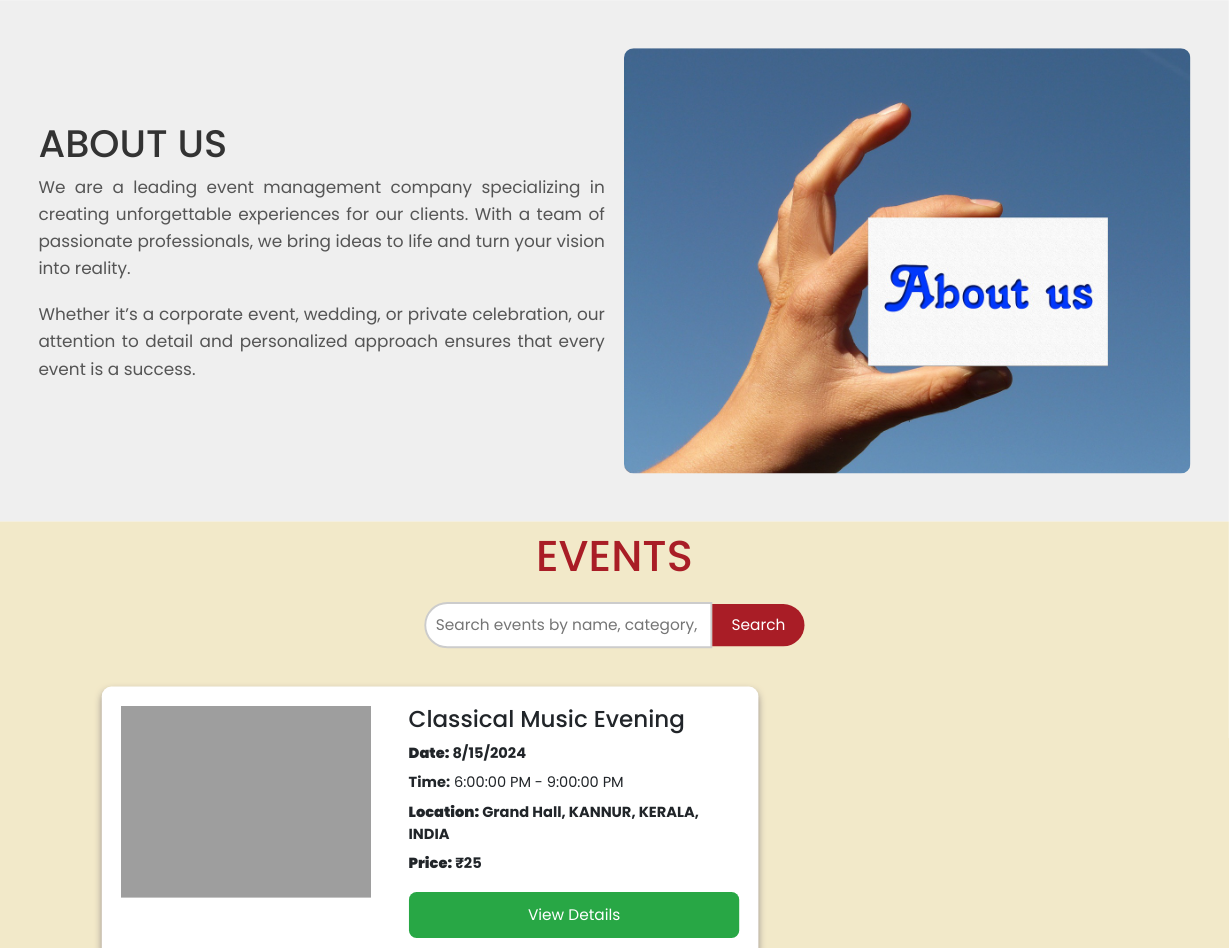
Repository: SharonSebastian32/Event-Management-System-
Page: index.html
The author's editor kept a copy of each file at every save. The page is drawn from the files as they stood at one save, then again after a run of saves.
The browser window is 1280 px wide. The pictures show the part of the page from y = 820 to 1807 px (the page is 6099 px tall before and 6089 px after), at 96% of full size.
Pictures or frames that could not be fetched are drawn as grey boxes. A picture or video elsewhere on the page could not be fetched, so the positions and the page height are approximate. Some web libraries are served in a nearby version.

Above is the page before, as saved 2024-09-06 14:04:44.
Not found: assets/css/ContactUs.css

### index.html
<!DOCTYPE html>
<html lang="en">
  <head>
    <meta charset="UTF-8" />
    <meta name="viewport" content="width=device-width, initial-scale=1.0" />
    <link rel="icon" type="image/x-icon" href="./Assets/images/aa.png" />
    <title>Star Events</title>
    <link
      rel="stylesheet"
      href="https://cdnjs.cloudflare.com/ajax/libs/font-awesome/5.15.4/css/all.min.css"
    />
    <link rel="stylesheet" href="./Css/Styles.css" />

    <!-- conatct us  style -->
    <link rel="stylesheet" href="/assets/css/ContactUs.css" />
    <link
      href="https://cdn.jsdelivr.net/npm/bootstrap@5.3.0/dist/css/bootstrap.min.css"
      rel="stylesheet"
    />

    <!-- footer link  style   -->
    <link
      rel="stylesheet"
      href="https://cdnjs.cloudflare.com/ajax/libs/font-awesome/6.6.0/css/all.min.css"
      integrity="sha512-Kc323vGBEqzTmouAECnVceyQqyqdsSiqLQISBL29aUW4U/M7pSPA/gEUZQqv1cwx4OnYxTxve5UMg5GT6L4JJg=="
      crossorigin="anonymous"
      referrerpolicy="no-referrer"
    />
    <link href="https://cdn.jsdelivr.net/npm/bootstrap@5.3.0/dist/css/bootstrap.min.css" rel="stylesheet" />
  </head>
  <body>
    <!-- hero section start -->
    <nav>
      <div class="nav-container">
        <div class="logo">
          <a href="#home">
            <img src="./Assets/images/aa.png" alt="Event Management Logo" />
          </a>
        </div>
        <ul class="nav-links">
          <li><a href="#home">HOME</a></li>
          <li><a href="#about">ABOUT US</a></li>
          <li><a href="#events-sect">EVENTS</a></li>
          <li><a href="#services">SERVICES</a></li>
          <li><a href="#partners us">PARTNERS US</a></li>
          <li><a href="#gallery">GALLERY</a></li>
          <li><a href="#contact-us">CONTACT US</a></li>
        </ul>
        <div class="sign-in">
          <a href="#login">SIGN IN</a>
        </div>
      </div>
    </nav>

    <!-- Section for Event Management Video -->
    <section class="video-section">
      <video autoplay muted loop>
        <source src="./Assets/videos/aa.mp4" type="video/mp4" />
        Your browser does not support the video tag.
      </video>
    </section>

    <!-- hero section end -->

    <!-- about us section  start-->
    <section id="about" class="about-us-section">
      <div class="about-container">
        <div class="about-text">
          <h2>ABOUT US</h2>
          <p>
            We are a leading event management company specializing in creating
            unforgettable experiences for our clients. With a team of passionate
            professionals, we bring ideas to life and turn your vision into
            reality.
          </p>
          <p>
            Whether it’s a corporate event, wedding, or private celebration, our
            attention to detail and personalized approach ensures that every
            event is a success.
          </p>
        </div>
        <div class="about-image">
          <img src="./Assets/images/about-us.jpg" alt="About Us" />
        </div>
      </div>
    </section>
    <!-- about us section  ends-->

    <!-- events section start -->

    <section id="events-sect" style="background-color: #f2e9c9">
      <center>
        <h1
          style="font-size: 45px; color: #a91d26; padding-top: 10px"
          data-aos="zoom-in"
        >
          EVENTS
        </h1>
        <form class="search-form" data-aos="flip-down">
          <input
            type="text"
            name="search"
            id="search"
            placeholder="Search events by name, category, price"
            data-aos="flip-down"
          />
          <button type="submit">Search</button>
        </form>
      </center>
      <div class="event-container" id="event-container">
        <!-- Event cards will be injected here by JavaScript -->
      </div>

      <div id="event-modal" class="modal">
        <div class="modal-content">
          <span class="close">&times;</span>
          <h2>Event Details</h2>
          <p id="event-description">Details will be displayed here.</p>
          <br />
          <a
            href="https://sharonsebastian32.github.io/razorpaypaymentgateway_implementation/"
            target="_blank"
          >
            <button class="view-details-btn">Register Now</button>
          </a>
        </div>
      </div>


    </section>

    <!-- events section end -->

    <!-- partner with us  start-->
    <div class="container-fluid our_partner">
      <center>
        <h2  >OUR-PARTNERS</h2>
        <h6>Brands That Trust Us</h6>
       </center>
            <div class="row partners">
                <div class="partner_section">

                    <div class="col-md-3 card_section">
                        <div class="partner_card">
                            <img src="./Assets/images/partner1.jpg" alt="OurPartner" />
                        </div>
                    </div>
                    <div class="col-md-3 card_section">
                        <div class="partner_card">
                            <img src="./Assets/images/partner2.jpg" alt="OurPartner" />
                        </div>
                    </div>
                    <div class="col-md-3 card_section">
                        <div class="partner_card">
                            <img src="./Assets/images/partner3.jpg" alt="OurPartner" />
                        </div>
                    </div>
                    <div class="col-md-3 card_section">
                        <div class="partner_card">
                            <img src="./Assets/images/partner4.jpg" alt="OurPartner" />
                        </div>
                    </div>

                </div>
            </div>
        </div>
        </div>


    <!-- partner with us  start-->

    <!-- conatct us section -->
    <div class="container-fluid contact_us" id="contact-us">
      <h2>CONTACT-US</h2>
      <h6>Our team of customer care is ready to hear from you.</h6>

      <div class="row main_section">
        <div class="col-md-6 section1">
          <h3>Customer Care</h3>
          <p>
            Not sure where to start? Need help adding that extra mojo to your
            landing page? Just visit our
            <span>hepl center</span> or get in touch with us:
          </p>
          <div class="customer_care">
            <div class="customer_care_profile">
              <div class="profile_img">
                <img src="./Assets/images/men.jpg" alt="customer_care" />
              </div>
              <div class="profile_details">
                <h5>John</h5>
                <h6>Customer Care Lead</h6>
                <p>+91 7484930837</p>
              </div>
            </div>
            <div class="customer_care_profile">
              <div class="profile_img">
                <img src="./Assets/images/women.jpg" alt="customer_care" />
              </div>
              <div class="profile_details">
                <h5>Elizabeth</h5>
                <h6>Customer Care</h6>
                <p>+91 748493083758</p>
              </div>
            </div>
          </div>
        </div>
        <div class="col-md-6 section2">
          <h3>Reach out of us!</h3>
          <p>
            Got a question about us? Are you intereseted in partnering with us?
            Have some suggestions or just want to say Hi? Contact Us:
          </p>
          <form action="">
            <input
              class="form-control"
              type="text"
              name="first_name"
              placeholder="First Name"
              required
            />
            <input
              class="form-control"
              type="text"
              name="last_name"
              placeholder="Last Name"
              required
            />
            <input
              class="form-control"
              type="email"
              name="email"
              placeholder="E-mail"
              required
            />
            <input
              class="form-control"
              type="tel"
              name="phone"
              placeholder="Phone Number"
              required
            />
            <textarea
              class="form-control"
              name="message"
              id=""
              rows="4"
              placeholder="Message"
            ></textarea>
            <button class="btn">SUBMIT</button>
          </form>
        </div>
      </div>
    </div>
    <!-- contact us section -->

    <!-- footer section start -->
    <footer>
      <div class="container">
        <div class="row">
          <div class="col-md-3 footer-col">
            <h4>Star Events</h4>
            <p>
              Star Events is the number one event conducting company in Kerala.
              We are conducting many types of events all over the state since 15
              years and created 5000 above satisfied customers. Celebrate your
              moments with star events.
            </p>
          </div>

          <div class="col-md-3 footer-col">
            <h4>Links</h4>
            <ul>
              <li><a href="">Home</a></li>
              <li><a href="">About Us</a></li>
              <li><a href="">Events</a></li>
              <li><a href="">Services</a></li>
              <li><a href="">Partner Us</a></li>
              <li><a href="">Gallery</a></li>
              <li><a href="">Contact Us</a></li>
            </ul>
          </div>

          <div class="col-md-3 footer-col">
            <h4>Our Services</h4>
            <ul>
              <li>Event Booking</li>
              <li>Anchoring</li>
              <li>Catering</li>
              <li>Advertising</li>
              <li>Marketing</li>
            </ul>
          </div>

          <div class="col-md-3 footer-col">
            <h4>Your Feedback</h4>
            <form action="">
              <input
                type="text"
                placeholder="Enter your name"
                class="inputname"
              />
              <input
                type="email"
                placeholder="Enter your email id"
                class="inputemail"
              />
              <input
                type="text"
                placeholder="Write your feedback or suggestions"
                class="inputfs"
              />
              <input type="submit" value="SUBMIT" class="inputSubmit" />
            </form>
          </div>
        </div>
        <hr />
        <div class="row">
          <div class="col-md-6">
            <p>&#169; 2024 <b>Star Events</b>. All Rights Reserved</p>
          </div>

          <div class="col-md-6 text-md-end socialIcons">
            <a href=""><i class="fab fa-facebook"></i></a>
            <a href=""><i class="fab fa-instagram"></i></a>
            <a href=""><i class="fab fa-twitter"></i></a>
            <a href=""><i class="fab fa-youtube"></i></a>
            <a href=""><i class="fab fa-whatsapp"></i></a>
          </div>
        </div>
      </div>
    </footer>



    <!-- footer setcion section end -->

    <script src="./Js/Scripts.js"></script>


    <!-- our partners -->
      <script src="https://cdn.jsdelivr.net/npm/bootstrap@5.3.0/dist/js/bootstrap.bundle.min.js"></script>
    <script src="https://cdn.jsdelivr.net/npm/bootstrap@5.3.0/dist/js/bootstrap.bundle.min.js"></script>
  </body>
</html>

Loaded but not shown: json/events.json (837 lines, source omitted); Js/Scripts.js (59 lines, source omitted); Css/Styles.css (711 lines, source omitted)

After the next 2 saves:
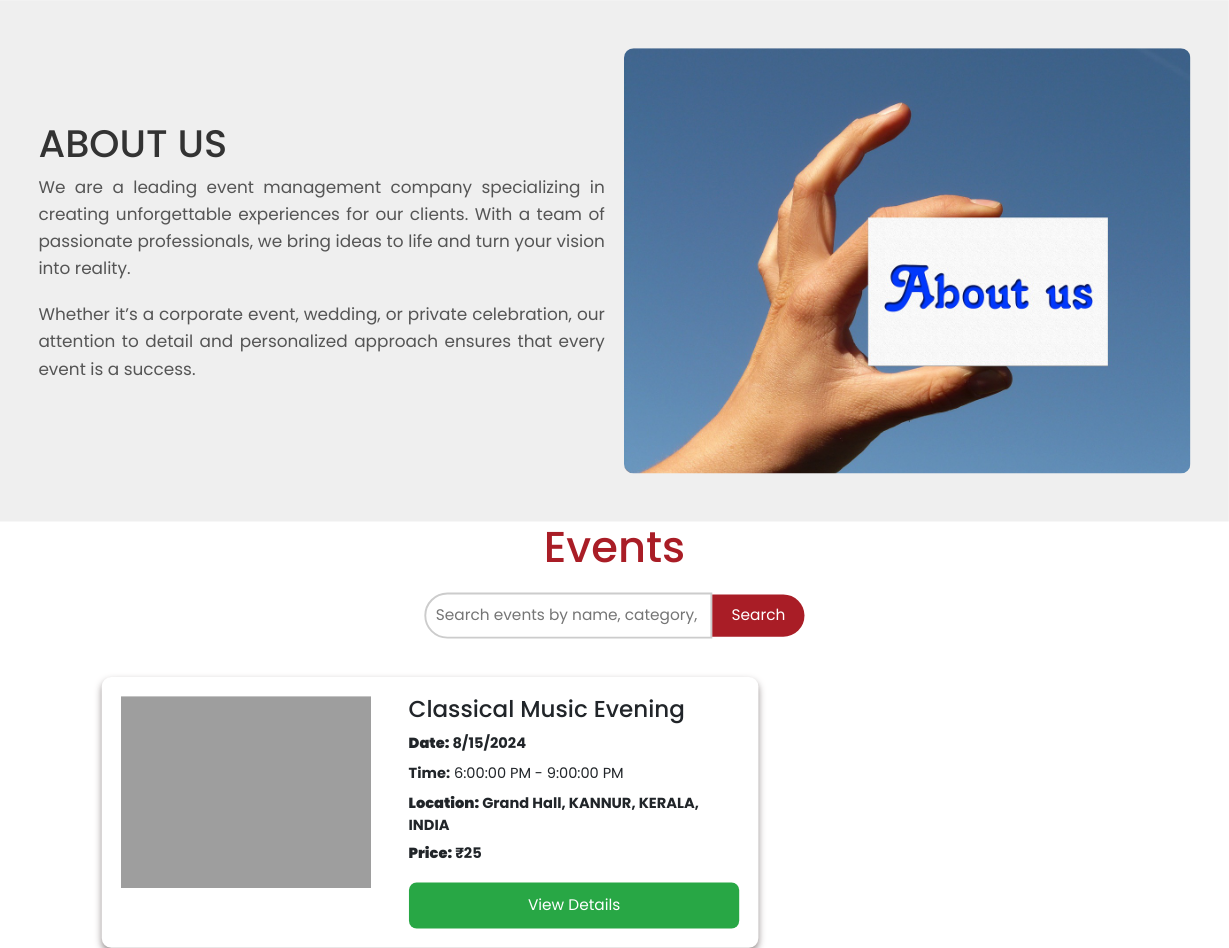
The 2 saves are shown as one change because they came seconds apart.
The last was saved 4 min 28 s later.
--- a/index.html
+++ b/index.html
@@ -88,13 +88,10 @@
 
     <!-- events section start -->
 
-    <section id="events-sect" style="background-color: #f2e9c9">
+     <section></section>
       <center>
-        <h1
-          style="font-size: 45px; color: #a91d26; padding-top: 10px"
-          data-aos="zoom-in"
-        >
-          EVENTS
+        <h1 style="font-size: 45px; color: #a91d26" data-aos="zoom-in">
+          Events
         </h1>
         <form class="search-form" data-aos="flip-down">
           <input
@@ -110,8 +107,7 @@
       <div class="event-container" id="event-container">
         <!-- Event cards will be injected here by JavaScript -->
       </div>
-
-      <div id="event-modal" class="modal">
+       <div id="event-modal" class="modal" data-aos="fade-in">
         <div class="modal-content">
           <span class="close">&times;</span>
           <h2>Event Details</h2>
@@ -125,8 +121,6 @@
           </a>
         </div>
       </div>
-
-
     </section>
 
     <!-- events section end -->
